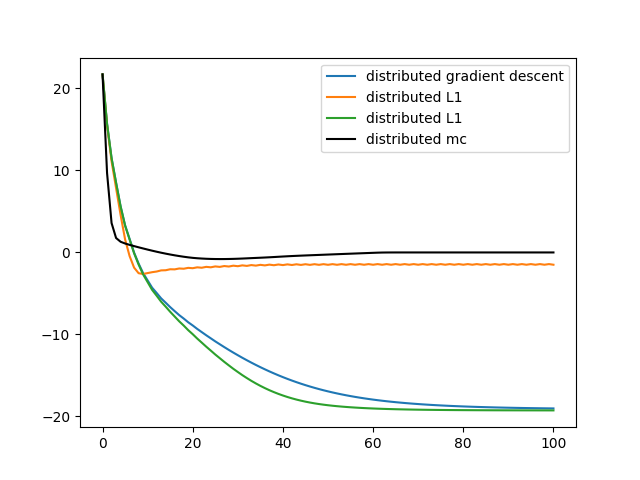
Repository: komuro-zero/distributed-optimization
Script's output: python main_weakly_sparse.py
The author's editor kept a copy of each file at every save. The script's output is drawn from the files as they stood at one save, then again after the next save.
Random numbers start from a fixed seed.

Above is the script's output before, as saved 2019-09-27 09:50:48.

### main_weakly_sparse.py
import numpy as np
import matplotlib.pyplot as plt
from numpy.random import *
from modules.distributed_functions_wj import functions


np.random.seed(0)
class distributed_updates(functions):


    def __init__(self):

        self.N = 30
        self.m = 100
        self.r_i = 15
        self.iteration = 100
        self.sparsity_percentage = 0.2
        #self.lamb = 10**-3
        #self.eta = 0.2
        #self.rho = s
        #self.lamb*(10**2)
        self.lamb = 1
        self.eta = 0.003
        self.rho = self.lamb*(1**2)
        if self.lamb/self.rho <= self.eta*self.lamb:
            print("faulty rho")
            exit()

    def make_variables(self):
        """
        w_star,U_all,d_allを返㝙
        """
        how_weak = 0.1
        w = randn(self.N,1)
        w_star = self.w_star_weakly_sparse(self.N,self.sparsity_percentage,how_weak)
        U_all = randn(self.m,self.N)
        w_star_noise = w_star +randn(self.N,1)/100
        #w_star_noise = w_star_noise/np.dot(w_star_noise.T,w_star_noise)
        d_all = np.dot(U_all,w_star_noise)
        L2 = np.dot(w_star.T,w_star)

        return w,w_star,U_all,d_all,L2,w_star_noise

    def run(self):
        w,w_star,U_all,d_all,L2,w_star_noise = self.make_variables()
        c = self.undirected_graph(self.m,self.r_i)
        self.disjoint_checker(c,self.m)
        w_all = self.make_w(self.m,self.N)

        #error_cgd,wcgd = self.centralized_gradient_descent(U_all,d_all,w,w_star,L2,0.003,self.iteration)
        #error,wcl1 = self.centralized_L1(U_all,d_all,w,w_star,L2,0.003,0.003,self.iteration)
        #error,wcmc = self.centralized_mc(U_all,d_all,w,w_star,L2,self.lamb,self.eta,self.rho,self.iteration)
        #self.distributed_gradient_descent_wj(U_all,d_all,w_star,L2,self.N,self.m,self.r_i,0.25,self.iteration,c,w_all,wcgd)
        #self.distributed_L1_wj(U_all,d_all,w_star,L2,self.N,self.m,self.r_i,10**-4,0.24,self.iteration,c,w_all,wcl1)
        #self.distributed_mc_wj(U_all,d_all,w_star,L2,self.N,self.m,self.r_i,self.lamb,self.eta,self.rho,self.iteration,c,w_all,wcmc)
        self.distributed_gradient_descent(U_all,d_all,w_star,L2,self.N,self.m,self.r_i,0.17,self.iteration,c,w_all)
        self.distributed_L1(U_all,d_all,w_star,L2,self.N,self.m,self.r_i,5*10**-2,0.17,self.iteration,c,w_all)
        self.distributed_L1(U_all,d_all,w_star,L2,self.N,self.m,self.r_i,10**-3,0.17,self.iteration,c,w_all)
        self.distributed_mc(U_all,d_all,w_star,L2,self.N,self.m,self.r_i,self.lamb,self.eta,self.rho,self.iteration,c,w_all)

        #error = [cgd[-1],cl1,cmc[-1],dgd[-1],dl1[-1],dmc[-1]]
        #return error[-1]#w_star,w_star_noise,wcgd,wcl1,wcmc

"""
    #not completed
    def run_distributed(self):
        w,w_star,U_all,d_all,L2 = self.make_variables()

        lamb_l1 = 9*10**-5
        lamb_mc = 10**-3
        eta_gd = 0.1
        eta_l1 = 0.09
        eta_mc = 0.01

        self.distributed(U_all,d_all,w_star,L2,self.N,self.m,self.r_i,lamb_l1,lamb_mc,eta_gd,eta_l1,eta_mc,self.rho,self.iteration)
"""


if __name__ == "__main__":
    simulation = distributed_updates()
    cgd=cl1=cmc=dgd=dl1=dmc=[]
    for i in range(1):
        simulation.run()
        #cgd.append(error)
        """
        error = simulation.run()
        cgd.append(error[0])
        cl1.append(error[1])
        cmc.append(error[2])
        dgd.append(error[3])
        dl1.append(error[4])
        dmc.append(error[5])

        print("iteration:",i)
        """
    #times = range(len(cgd))

    #print("average:",sum(cgd)/len(cgd),"\n max:",max(cgd))
    #print("w_star:",w_star,"\nwcgd:",wcgd-w_star_noise,"\nwcl1:",wcl1-w_star_noise,"\nwcmc:",wcmc-w_star_noise)
    #plt.bar(times,cgd)
    plt.legend()
    plt.show()

### modules/distributed_functions_wj.py
#functions used in each simulations
import numpy as np
from numpy.random import *
import matplotlib.pyplot as plt

#np.random.seed(0)

class functions():
	def w_star(self,N,sparse_percentage):
		w_star = randn(N,1)     #平均は0
		before_length = len(w_star)
		after_length = before_length
		while (after_length / before_length) > sparse_percentage:
			a = randint(0,N-1)
			w_star[a] = 0
			after_length = len(np.unique(w_star))-1  #重複要素の削除
		return w_star

	def w_star_weakly_sparse(self,N,sparse_percentage,how_weak):
		w_star = randn(N,1)     #平均は0
		before_length = len(w_star)
		after_length = before_length
		while (after_length / before_length) > sparse_percentage:
			a = randint(0,N-1)
			w_star[a] = 0
			after_length = len(np.unique(w_star))-1  #重複要素の削除
		w_star_prox = np.zeros((len(w_star),1))
		for i in range(len(w_star)):
			if w_star[i] == 0:
				w_star_prox[i] = randn()
		w_star_prox = w_star_prox/np.dot(w_star_prox.T,w_star_prox)
		w_star = w_star/np.dot(w_star.T,w_star)
		w_star += how_weak*w_star_prox
		return w_star

	def w_star_weakly_sparse_sample(self,N,sparse_percentage):
		w_star = self.w_star(N,sparse_percentage)
		for i in range(len(w_star)):
			if w_star[i] == 0:
				w_star[i] = 0.0001
			else:
				w_star[i] = 1
		return w_star

	def db(self,x, y):
		db = 10 * np.log10(x / y)
		return db[0][0]

	def directed_graph(self,m,r_i):
		c = np.eye(m)
		for j in range(m):
			counter = 0
			while counter != r_i:
				random_num = np.random.randint(0,m)
				if c[j][random_num] != 1:
					c[j][random_num] = 1
					counter += 1
		return c

	def disjointed_directed_graph(self,m,r_i):
		a = [1]*r_i
		b = [0]*(m-r_i)
		a.extend(b)
		c = [1]*r_i
		d = [0]*(m-r_i)
		d.extend(c)
		aa = [a]*int(m/2)
		dd = [d]*int(m/2)
		dd.extend(aa)
		result = np.array(dd)
		for i in range(len(result)):
			result[i][i]=1
		return result

	def make_range(self,m):
		result =[]
		for i in range(m):
			result.append(i)
		return result

	def make_checklist(self,r_i,m):
		untidy_result = self.make_range(m)
		for i in range(r_i-1):
			untidy_result[0:0] = self.make_range(m)
		return sorted(untidy_result)

	def horizontal_checker(self,c,place,r_i):
		count = 0
		for row in c:
			if row[place] == 1:
				count += 1
		if count == r_i+1:
			result = False
		elif count < r_i+1:
			result = True
		else:
			print(c)
			print("faulty horizontal number")
			exit()
		return result

	def undirected_graph(self,m,r_i):
		c = np.eye(m)
		checklist = self.make_checklist(r_i,m)
		for i in range(m):
			connected = sum(x == 1 for x in c[i])
			while connected < r_i:
				select = np.random.randint(len(checklist))
				connect_node = checklist[select]
				if c[i][connect_node] != 1 and self.horizontal_checker(c,connect_node,r_i):
					c[i][connect_node] = 1
					connected += 1
					c[connect_node][i] =1
					checklist.pop(select)
		return c

	def find_ones(self,row):
		result = [i for i, element in enumerate(row) if element == 1]
		return result

	def all_connections(self,c_list):
		result = []
		for row in c_list:
			result.append(self.find_ones(row))
		return result

	def delete_self(self,all_connection):
		for i in range(len(all_connection)):
			all_connection[i].remove(i)
		return all_connection

	def disjoint_checker(self,c,m):
		c_list = c.tolist()
		all_connection = self.all_connections(c_list)
		adjacent_matrix = self.delete_self(all_connection)
		check_node = adjacent_matrix[0]
		connected_node = adjacent_matrix[0]
		last_length = len(connected_node)
		check_node_box = []
		count = 1

		flag = True
		while flag:
			for i in check_node:
				check_node_box[0:0] = (all_connection[i])
			common_part = list(set(check_node_box) & set(connected_node))
			check_node = list(set(check_node_box) - set(common_part))
			connected_node[0:0] = check_node_box
			connected_node = list(set(connected_node))
			check_node_box = []
			now_length = len(connected_node)
			if now_length == last_length:
				flag = False
			count += 1
			if count > m or len(connected_node) == m:
				flag = False
			last_length = now_length
		if len(connected_node) == m:
			print("Your graph is not disjoint")
		else:
			print("Your graph is disjoint. connected nodes:",now_length)

	def w_average(self,w_all,w_star):
		result = [0]*len(w_all[0])
		for row in w_all:
			result += row
		result = result/len(w_all)
		x = range(len(result))
		#fig = plt.figure()
		#plt.plot(x,w_star,color = "black",label = "w_star")
		#plt.plot(x,result,color = "red",label = "w_average")
		#plt.show()
		return result

	def make_w(self,m,N):
		w = randn(N,1).T
		for i in range(m-1):
			w = np.concatenate((w,randn(N,1).T))
		return w

	def centralized_gradient_descent(self,Ut,d,w,w_star,L2,eta,iteration):
		error = [self.db(np.dot((w-w_star).T,w-w_star)[0],L2)]
		times = [0]
		one_error =0
		U = Ut.T
		for i in range(iteration):
			w = w - 2*eta*(np.dot(U,(np.dot(Ut,w)-d)))
			one_error = np.dot((w-w_star).T,w-w_star)[0]
			error.append(self.db(one_error,L2))
			times.append(i+1)
		plt.plot(times,error,label = "centralized gradient descent")
		return error,w

	def centralized_L1(self,Ut,d,w,w_star,L2,lamb,eta,iteration):
		error = [self.db(np.dot((w-w_star).T,w-w_star)[0],L2)]
		times = [0]
		one_error =0
		U = Ut.T
		for i in range(iteration):
			w = w - 2*eta*(np.dot(U,(np.dot(Ut,w)-d)))
			for j in range(len(w)):
				if w[j] > 0 and lamb < abs(w[j]):
					w[j] -= lamb
				elif w[j] < 0 and lamb < abs(w[j]):
					w[j] += lamb
				else:
					w[j] = 0
			one_error = np.dot((w-w_star).T,w-w_star)[0]
			error.append(self.db(one_error,L2))
			times.append(i+1)
		exec("plt.plot(times,error,label = 'centralized_L1')")
		return error,w

	def centralized_mc(self,Ut,d,w,w_star,L2,lamb,eta,rho,iteration):
		error = [self.db(np.dot((w-w_star).T,w-w_star)[0],L2)]
		times = [0]
		one_error =0
		U = Ut.T
		for i in range(iteration):
			w = w - 2*eta*(np.dot(U,(np.dot(Ut,w)-d)))
			for j in range(len(w)):
				if abs(w[j]) < eta*lamb:
					w[j] = 0
				elif eta*lamb < abs(w[j]) and abs(w[j]) < lamb/rho:
					w[j] = w[j]*(abs(w[j])-eta*lamb)/(abs(w[j])*(1-eta*rho))
				elif lamb/rho <= abs(w[j]):
					w[j] = w[j]
				else:
					print("banana")
			one_error = np.dot((w-w_star).T,w-w_star)[0]
			error.append(self.db(one_error,L2))
			times.append(i+1)
			one_error = 0
		plt.plot(times,error,label = "centralized_mc")
		return error,w

	def one_gradient_descent(self,Ut,d,w,eta):
		U = Ut.T
		w = w - 2*eta*((U*(np.dot(Ut,w)-d)))
		return w

	def one_L1(self,Ut,d,w,lamb,eta):
		U = Ut.T
		w = w - 2*eta*((U*(np.dot(Ut,w)-d)))
		for j in range(len(w)):
			if w[j] > 0 and lamb < abs(w[j]):
				w[j] -= lamb
			elif w[j] < 0 and lamb < abs(w[j]):
				w[j] += lamb
			else:
				w[j] = 0
		return w

	def one_mc(self,Ut,d,w,lamb,eta,rho):
		U = Ut.T
		w = w - 2*eta*((U*(np.dot(Ut,w)-d)))
		for j in range(len(w)):
			if abs(w[j]) <= eta*lamb:
				w[j] = 0
			elif eta*lamb < abs(w[j]) and abs(w[j]) < lamb/rho:
				w[j] = w[j]*(abs(w[j])-eta*lamb)/(abs(w[j])*(1-eta*rho))
			elif lamb/rho <= abs(w[j]):
				w[j] = w[j]
			else:
				print("banana")
		return w

	def distributed_gradient_descent(self,Ut,d,w_star,L2,N,m,r_i,eta,iteration,c,w_all_f):
		average_error = [0]
		for i in range(1,m+1,1):
			exec("u_%d = Ut[%d]" % (i,i-1))
			exec("d_%d = d[%d][0]" % (i,i-1))
			exec("w_%d = np.reshape(w_all_f[%d],(N,1)).ravel() " % (i,i-1))
			exec("w_next_%d = w_%d" % (i,i))
			exec("error_w_%d = []" % (i))
			exec("one_error_%d =[]" % (i))
			exec("average_error[0] += self.db(np.dot((w_%d-w_star.ravel()).T,w_%d-w_star.ravel()),L2)"%(i,i))
		average_error[0] = average_error[0]/m
		times = [0]
		for i in range(iteration):
			for j in range(1,m+1,1):
				exec("w_%d = self.one_gradient_descent(u_%d,d_%d,w_%d,eta)" % (j,j,j,j))
				exec("w_next_%d = w_%d" % (j,j))
			exec("w_all = [w_next_1]")
			for j in range(2,m+1):
				exec("w_all = np.concatenate((w_all,[w_next_%d]))" %(j))
			exec("average = (1/(r_i+1))*np.dot(c,w_all)")
			for j in range(1,m+1,1):
				exec("w_%d = average[%d]" % (j,j-1))
			for j in range(1,m+1,1):
				exec("one_error_%d = np.dot((w_%d-w_star.ravel()).T,w_%d-w_star.ravel())" % (j,j,j))
				exec("error_w_%d.append(self.db(one_error_%d,L2))" % (j,j))
			times.append(i+1)
		exec("w_all_f = w_all")
		for i in range(iteration):
			exec("average_error.append(error_w_1[%d])" % (i))
			for j in range(2,m+1,1):
				exec("average_error[%d] += error_w_%d[%d]" % (i+1,j,i))
			average_error[i+1] = average_error[i+1]/m
		plt.plot(times,average_error,label = 'distributed gradient descent')
		plt.legend()
		exec("w_average = self.w_average(w_all,w_star)")
		return average_error,w_all_f

	def distributed_L1(self,Ut,d,w_star,L2,N,m,r_i,lamb,eta,iteration,c,w_all_f):
		average_error = [0]
		for i in range(1,m+1,1):
			exec("u_%d = Ut[%d]" % (i,i-1))
			exec("d_%d = d[%d][0]" % (i,i-1))
			exec("w_%d = np.reshape(w_all_f[%d],(N,1)).ravel() " % (i,i-1))
			exec("w_next_%d = w_%d" % (i,i))
			exec("error_w_%d = []" % (i))
			exec("one_error_%d =[]" % (i))
			exec("average_error[0] += self.db(np.dot((w_%d-w_star.ravel()).T,w_%d-w_star.ravel()),L2)"%(i,i))
		average_error[0] = average_error[0]/m

		times = [0]
		for i in range(iteration):
			for j in range(1,m+1,1):
				exec("w_%d = self.one_L1(u_%d,d_%d,w_%d,lamb,eta)" % (j,j,j,j))
				exec("w_next_%d = w_%d" % (j,j))
			exec("w_all = [w_next_1]")
			for j in range(2,m+1):
				exec("w_all = np.concatenate((w_all,[w_next_%d]))" %(j))
			exec("average = (1/(r_i+1))*np.dot(c,w_all)")
			for j in range(1,m+1,1):
				exec("w_%d = average[%d]" % (j,j-1))
			for j in range(1,m+1,1):
				exec("one_error_%d = np.dot((w_%d-w_star.ravel()).T,w_%d-w_star.ravel())" % (j,j,j))
				exec("error_w_%d.append(self.db(one_error_%d,L2))" % (j,j))
			times.append(i+1)
		for i in range(iteration):
			exec("average_error.append(error_w_1[%d])" % (i))
			for j in range(2,m+1,1):
				exec("average_error[%d] += error_w_%d[%d]" % (i+1,j,i))
			average_error[i+1] = average_error[i+1]/m
		plt.plot(times,average_error,label = 'distributed L1')
		plt.legend()
		exec("w_average = self.w_average(w_all,w_star)")
		return average_error

	def distributed_mc(self,Ut,d,w_star,L2,N,m,r_i,lamb,eta,rho,iteration,c,w_all_f):
		average_error = [0]
		for i in range(1,m+1,1):
			exec("u_%d = Ut[%d]" % (i,i-1))
			exec("d_%d = d[%d][0]" % (i,i-1))
			exec("w_%d = np.reshape(w_all_f[%d],(N,1)).ravel() " % (i,i-1))
			exec("w_next_%d = w_%d" % (i,i))
			exec("error_w_%d = []" % (i))
			#exec("error_w_%d = [self.db(np.dot((w_%d-w_star.ravel()).T,w_%d-w_star.ravel()),L2)]" % (i,i,i))
			exec("one_error_%d =[]" % (i))
			exec("average_error[0] += self.db(np.dot((w_%d-w_star.ravel()).T,w_%d-w_star.ravel()),L2)"%(i,i))
		average_error[0] = average_error[0]/m
		times = [0]
		for i in range(iteration):
			for j in range(1,m+1,1):
				exec("w_%d = self.one_mc(u_%d,d_%d,w_%d,lamb,eta,rho)" % (j,j,j,j))
				exec("w_next_%d = w_%d" % (j,j))
			exec("w_all = [w_next_1]")
			for j in range(2,m+1):
				exec("w_all = np.concatenate((w_all,[w_next_%d]))" %(j))
			exec("average = (1/(r_i+1))*np.dot(c,w_all)")
			for j in range(1,m+1,1):
				exec("w_%d = average[%d]" % (j,j-1))
			for j in range(1,m+1,1):
				exec("one_error_%d = np.dot((w_%d-w_star.ravel()).T,w_%d-w_star.ravel())" % (j,j,j))
				exec("error_w_%d.append(self.db(one_error_%d,L2))" % (j,j))
			times.append(i+1)
		for i in range(iteration):
			exec("average_error.append(error_w_1[%d])" % (i))
			for j in range(2,m+1,1):
				exec("average_error[%d] += error_w_%d[%d]" % (i+1,j,i))
			average_error[i+1] = average_error[i+1]/m
		#for i in range(1,m+1):
		#	exec("plt.plot(times,error_w_%d)"%(i))
		plt.plot(times,average_error,label = 'distributed mc',color = "black")
		plt.legend()
		exec("w_average = self.w_average(w_all,w_star)")
		return average_error

	def distributed_gradient_descent_wj(self,Ut,d,w_star,L2,N,m,r_i,eta,iteration,c,w_all_f,wj):
		average_error = [0]
		L2wj = np.dot(wj.T,wj)
		for i in range(1,m+1,1):
			exec("u_%d = Ut[%d]" % (i,i-1))
			exec("d_%d = d[%d][0]" % (i,i-1))
			exec("w_%d = np.reshape(w_all_f[%d],(N,1)).ravel() " % (i,i-1))
			exec("w_next_%d = w_%d" % (i,i))
			exec("error_w_%d = []" % (i))
			exec("one_error_%d =[]" % (i))
			exec("average_error[0] += self.db(np.dot((w_%d-wj.ravel()).T,w_%d-wj.ravel()),L2wj)"%(i,i))
		average_error[0] = average_error[0]/m
		times = [0]
		for i in range(iteration):
			for j in range(1,m+1,1):
				exec("w_%d = self.one_gradient_descent(u_%d,d_%d,w_%d,eta)" % (j,j,j,j))
				exec("w_next_%d = w_%d" % (j,j))
			exec("w_all = [w_next_1]")
			for j in range(2,m+1):
				exec("w_all = np.concatenate((w_all,[w_next_%d]))" %(j))
			exec("average = (1/(r_i+1))*np.dot(c,w_all)")
			for j in range(1,m+1,1):
				exec("w_%d = average[%d]" % (j,j-1))
			for j in range(1,m+1,1):
				exec("one_error_%d = np.dot((w_%d-wj.ravel()).T,w_%d-wj.ravel())" % (j,j,j))
				#exec("print(one_error_%d)"%(j))
				exec("error_w_%d.append(self.db(one_error_%d,L2wj))" % (j,j))
			times.append(i+1)
		for i in range(iteration):
			exec("average_error.append(error_w_1[%d])" % (i))
			for j in range(2,m+1,1):
				exec("average_error[%d] += error_w_%d[%d]" % (i+1,j,i))
			average_error[i+1] = average_error[i+1]/m
		exec("plt.plot(times,average_error,label = 'wj distributed gradient descent')")
		return average_error

	def distributed_L1_wj(self,Ut,d,w_star,L2,N,m,r_i,lamb,eta,iteration,c,w_all_f,wj):
		average_error = [0]
		L2wj = np.dot(wj.T,wj)
		for i in range(1,m+1,1):
			exec("u_%d = Ut[%d]" % (i,i-1))
			exec("d_%d = d[%d][0]" % (i,i-1))
			exec("w_%d = np.reshape(w_all_f[%d],(N,1)).ravel() " % (i,i-1))
			exec("w_next_%d = w_%d" % (i,i))
			exec("error_w_%d = []" % (i))
			exec("one_error_%d =[]" % (i))
			exec("average_error[0] += self.db(np.dot((w_%d-wj.ravel()).T,w_%d-wj.ravel()),L2wj)"%(i,i))
		average_error[0] = average_error[0]/m

		times = [0]
		for i in range(iteration):
			for j in range(1,m+1,1):
				exec("w_%d = self.one_L1(u_%d,d_%d,w_%d,lamb,eta)" % (j,j,j,j))
				exec("w_next_%d = w_%d" % (j,j))
			exec("w_all = [w_next_1]")
			for j in range(2,m+1):
				exec("w_all = np.concatenate((w_all,[w_next_%d]))" %(j))
			exec("average = (1/(r_i+1))*np.dot(c,w_all)")
			for j in range(1,m+1,1):
				exec("w_%d = average[%d]" % (j,j-1))
			for j in range(1,m+1,1):
				exec("one_error_%d = np.dot((w_%d-wj.ravel()).T,w_%d-wj.ravel())" % (j,j,j))
				exec("error_w_%d.append(self.db(one_error_%d,L2wj))" % (j,j))
			times.append(i+1)
		for i in range(iteration):
			exec("average_error.append(error_w_1[%d])" % (i))
			for j in range(2,m+1,1):
				exec("average_error[%d] += error_w_%d[%d]" % (i+1,j,i))
			average_error[i+1] = average_error[i+1]/m
		exec("plt.plot(times,average_error,label = 'wj distributed L1')")
		return average_error

	def distributed_mc_wj(self,Ut,d,w_star,L2,N,m,r_i,lamb,eta,rho,iteration,c,w_all_f,wj):
		average_error = [0]
		L2wj = np.dot(wj.T,wj)
		for i in range(1,m+1,1):
			exec("u_%d = Ut[%d]" % (i,i-1))
			exec("d_%d = d[%d][0]" % (i,i-1))
			exec("w_%d = np.reshape(w_all_f[%d],(N,1)).ravel() " % (i,i-1))
			exec("w_next_%d = w_%d" % (i,i))
			exec("error_w_%d = []" % (i))
			exec("one_error_%d =[]" % (i))
			exec("average_error[0] += self.db(np.dot((w_%d-wj.ravel()).T,w_%d-wj.ravel()),L2wj)"%(i,i))
		average_error[0] = average_error[0]/m
		times = [0]
		for i in range(iteration):
			for j in range(1,m+1,1):
				exec("w_%d = self.one_mc(u_%d,d_%d,w_%d,lamb,eta,rho)" % (j,j,j,j))
				exec("w_next_%d = w_%d" % (j,j))
			exec("w_all = [w_next_1]")
			for j in range(2,m+1):
				exec("w_all = np.concatenate((w_all,[w_next_%d]))" %(j))
			exec("average = (1/(r_i+1))*np.dot(c,w_all)")
			for j in range(1,m+1,1):
				exec("w_%d = average[%d]" % (j,j-1))
			for j in range(1,m+1,1):
				exec("one_error_%d = np.dot((w_%d-wj.ravel()).T,w_%d-wj.ravel())" % (j,j,j))

				exec("error_w_%d.append(self.db(one_error_%d,L2wj))" % (j,j))
			times.append(i+1)
		for i in range(iteration):
			exec("average_error.append(error_w_1[%d])" % (i))
			for j in range(2,m+1,1):
				exec("average_error[%d] += error_w_%d[%d]" % (i+1,j,i))
			average_error[i+1] = average_error[i+1]/m
		exec("plt.plot(times,average_error,label = 'wj distributed mc')")
		return average_error

After the next save:
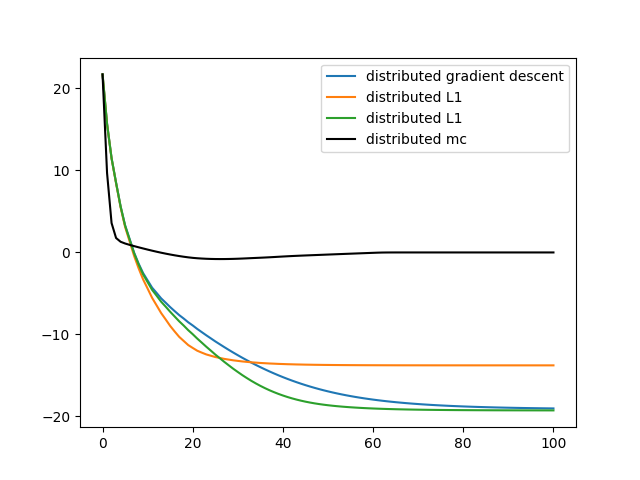
Saved 6 s later.
--- a/main_weakly_sparse.py
+++ b/main_weakly_sparse.py
@@ -54,7 +54,7 @@ class distributed_updates(functions):
         #self.distributed_L1_wj(U_all,d_all,w_star,L2,self.N,self.m,self.r_i,10**-4,0.24,self.iteration,c,w_all,wcl1)
         #self.distributed_mc_wj(U_all,d_all,w_star,L2,self.N,self.m,self.r_i,self.lamb,self.eta,self.rho,self.iteration,c,w_all,wcmc)
         self.distributed_gradient_descent(U_all,d_all,w_star,L2,self.N,self.m,self.r_i,0.17,self.iteration,c,w_all)
-        self.distributed_L1(U_all,d_all,w_star,L2,self.N,self.m,self.r_i,5*10**-2,0.17,self.iteration,c,w_all)
+        self.distributed_L1(U_all,d_all,w_star,L2,self.N,self.m,self.r_i,5*10**-3,0.17,self.iteration,c,w_all)
         self.distributed_L1(U_all,d_all,w_star,L2,self.N,self.m,self.r_i,10**-3,0.17,self.iteration,c,w_all)
         self.distributed_mc(U_all,d_all,w_star,L2,self.N,self.m,self.r_i,self.lamb,self.eta,self.rho,self.iteration,c,w_all)
 
